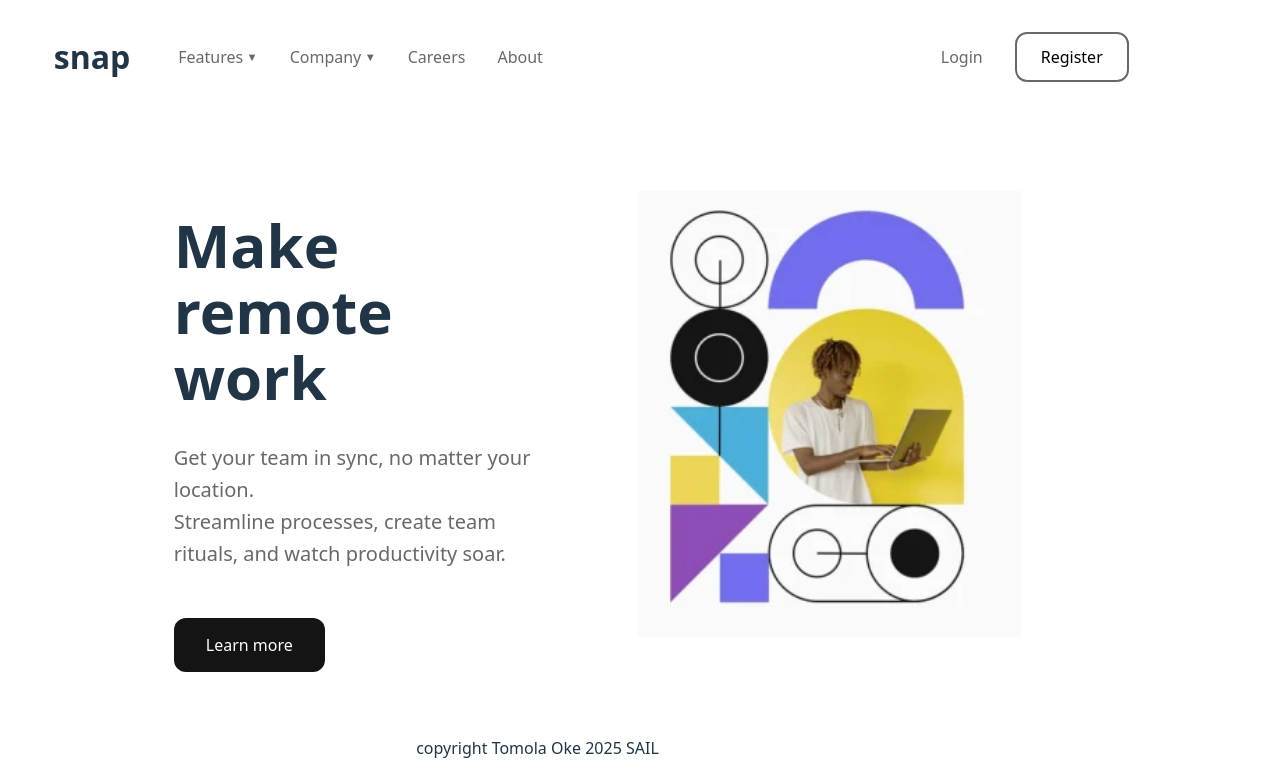
Repository: tomolaoke/SNAP
Page: /
The author's editor kept a copy of each file at every save. The page is drawn from the files as they stood at one save, then again after the next save.
The browser window is 1280 px wide. The pictures show the whole page.
The project was rebuilt for these pictures with package versions that can differ from the ones it lists, and the page was loaded fresh each time. Also part of the build but not shown: vite.config.js, src/components/footer/Footer.css.

Above is the page before, as saved 2025-06-21 22:01:19.

### src/App.jsx
import './App.css';
import Header from './components/header/Header';
import Hero from './components/hero/Hero';
import Footer from './components/footer/Footer';

const App = () => {
  return (
    <div className="app">
      <Header />
      <Hero />
      <Footer />
    </div>
  );
};

export default App;

### src/App.css
.app {
  min-height: 100vh;
  display: flex;
  flex-direction: column;
  align-items: center; /* Center all children horizontally */
  justify-content: center; /* Center all children vertically */
}

/* Add any global styles here */

### src/components/header/Header.jsx
import './Header.css';
import HeaderNav1 from '../../block/headerblock/HeaderNav1';
import HeaderNav2 from '../../block/headerblock/HeaderNav2';

const Header = () => {
  return (
    <header className="header">
      <HeaderNav1 />
      <HeaderNav2 />
    </header>
  );
};

export default Header;

### src/components/hero/Hero.jsx
import './Hero.css';
import HeroText from '../../block/heroblock/HeroText';
import HeroImage from '../../block/heroblock/HeroImage';

const Hero = () => {
  return (
    <section className="hero">
      <HeroText />
      <HeroImage />
    </section>
  );
};

export default Hero;

### src/components/footer/Footer.jsx
import './Footer.css';

const Footer = () => {
  return (
    <footer className="footer">
      <p>copyright Tomola Oke 2025 SAIL</p>
    </footer>
  );
};

export default Footer;

### src/components/header/Header.css
.header {
  display: flex;
  justify-content: space-between;
  align-items: center;
  padding: 2rem 5%;
  max-width: 1440px;
  margin: 0 auto;
  width: 100%;
}

### src/block/headerblock/HeaderNav1.jsx
import './HeaderNav.css';

const HeaderNav1 = () => {
  return (
    <div className="header-nav-1">
      <div className="logo">snap</div>
      <nav className="nav-links">
        <a href="#">Features <span className="dropdown-icon">▼</span></a>
        <a href="#">Company <span className="dropdown-icon">▼</span></a>
        <a href="#">Careers</a>
        <a href="#">About</a>
      </nav>
    </div>
  );
};

export default HeaderNav1;

### src/block/headerblock/HeaderNav2.jsx
import './HeaderNav.css';

const HeaderNav2 = () => {
  return (
    <div className="header-nav-2">
      <a href="#" className="login-btn">Login</a>
      <button className="register-btn">Register</button>
    </div>
  );
};

export default HeaderNav2;

### src/components/hero/Hero.css
.hero {
  margin-left: 120px;
}

### src/block/heroblock/HeroText.jsx
import './HeroBlock.css';

const HeroText = () => {
  return (
    <div className="hero-text">
      <h1>Make remote work</h1>
      <p>
        Get your team in sync, no matter your location.<br />
        Streamline processes, create team rituals, and watch productivity soar.
      </p>
      <button className="cta-button">Learn more</button>
    </div>
  );
};

export default HeroText; // Fixed export

### src/block/heroblock/HeroImage.jsx
import './HeroBlock.css';
import heroImage from '../../../src/assets/SNAP.png';

const HeroImage = () => {
  return (
    <div className="hero-image">
      <img src={heroImage} alt="Team collaborating remotely" />
    </div>
  );
};

export default HeroImage; // Fixed export

### src/block/headerblock/HeaderNav.css
.header-nav-1 {
  display: flex;
  align-items: center;
  gap: 3rem;
}

.logo {
  font-size: 2rem;
  font-weight: 700;
}

.nav-links {
  display: flex;
  gap: 2rem;
}

.nav-links a {
  text-decoration: none;
  color: #686868;
  font-weight: 500;
  display: flex;
  align-items: center;
}

.dropdown-icon {
  font-size: 0.7em;
  margin-left: 0.3em;
}

.header-nav-2 {
  display: flex;
  align-items: center;
  gap: 2rem;
}

.login-btn {
  text-decoration: none;
  color: #686868;
  font-weight: 500;
}

.register-btn {
  padding: 0.75rem 1.5rem;
  border: 2px solid #686868;
  background: transparent;
  border-radius: 12px;
  font-weight: 500;
  cursor: pointer;
}

### src/block/heroblock/HeroBlock.css
.hero {
  display: flex;
  align-items: center;
  gap: 5rem;
  padding: 3rem 5%;
}

.hero-text {
  flex: 1;
  max-width: 600px;
}

.hero-text h1 {
  font-size:60px;
  line-height: 1.1;
  margin-bottom: 2rem;
}

.hero-text p {
  font-size: 1.25rem;
  line-height: 1.6;
  color: #686868;
  margin-bottom: 3rem;
}

.cta-button {
  padding: 1rem 2rem;
  background-color: #141414;
  color: white;
  border: none;
  border-radius: 12px;
  font-size: 1rem;
  font-weight: 500;
  cursor: pointer;
}

.hero-image {
  flex: 1;
}

.hero-image img {
  width: 100%;
  max-width: 600px;
  height: auto;
}

Loaded but not shown: index.html (common file); src/main.jsx (common file); src/index.css (common file); src/components/footer/Footer.css (no copy from this time; the picture is the same without it)

After the next save:
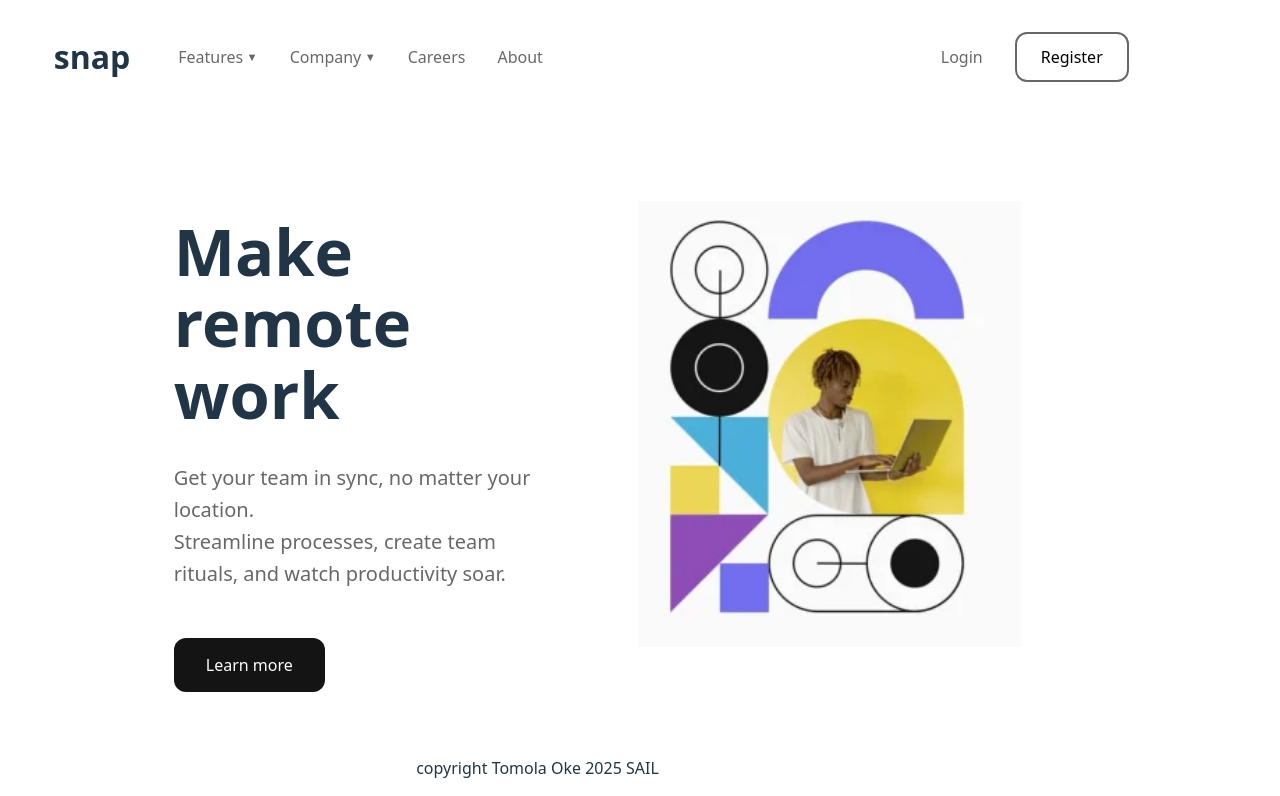
Saved 18 s later.
--- a/src/block/heroblock/HeroBlock.css
+++ b/src/block/heroblock/HeroBlock.css
@@ -11,7 +11,7 @@
 }
 
 .hero-text h1 {
-  font-size:60px;
+  font-size:65px;
   line-height: 1.1;
   margin-bottom: 2rem;
 }
